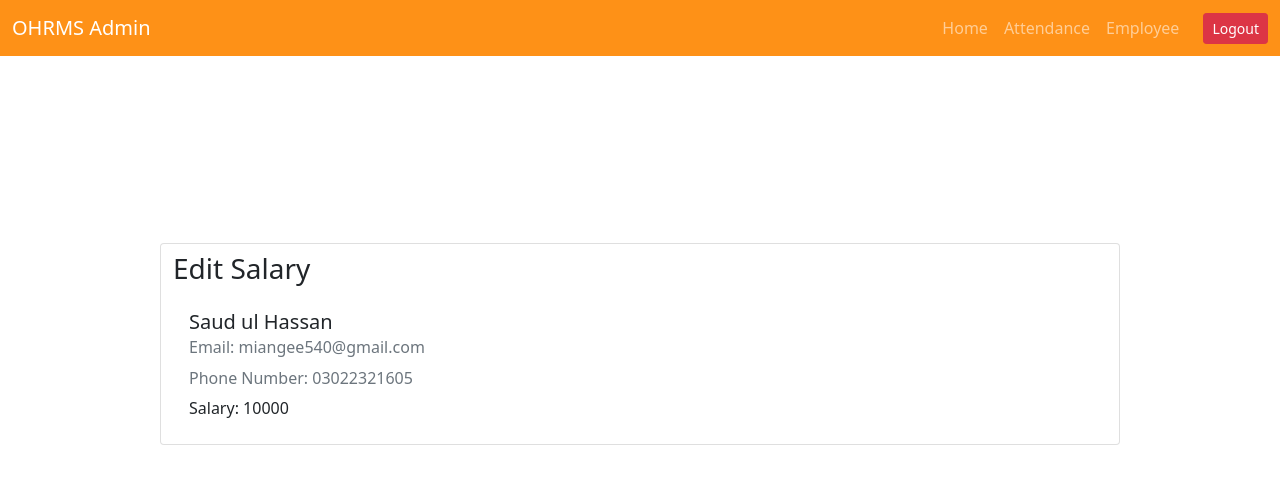
Repository: SaudCh/PHP-OHRMS
Page: http://localhost/admin/edit-salary?id=49
These files come from the project's save history. The page is drawn as it stood at one moment and after the next save; the edit follows.
The browser window is 1280 px wide. The pictures show the whole page.
Some web libraries are served in a nearby version. The page is run by PHP 8.4 with error messages shown; the project is at /var/www/html/. The session is filled in as if someone had signed in: {"admin": "admin@ohrm.com"}. The database holds what the project's SQL file puts in it. Queries for data that is not in the repository find no rows.

Above is the page before, as saved 2022-06-05 22:28:50.

After the next save:
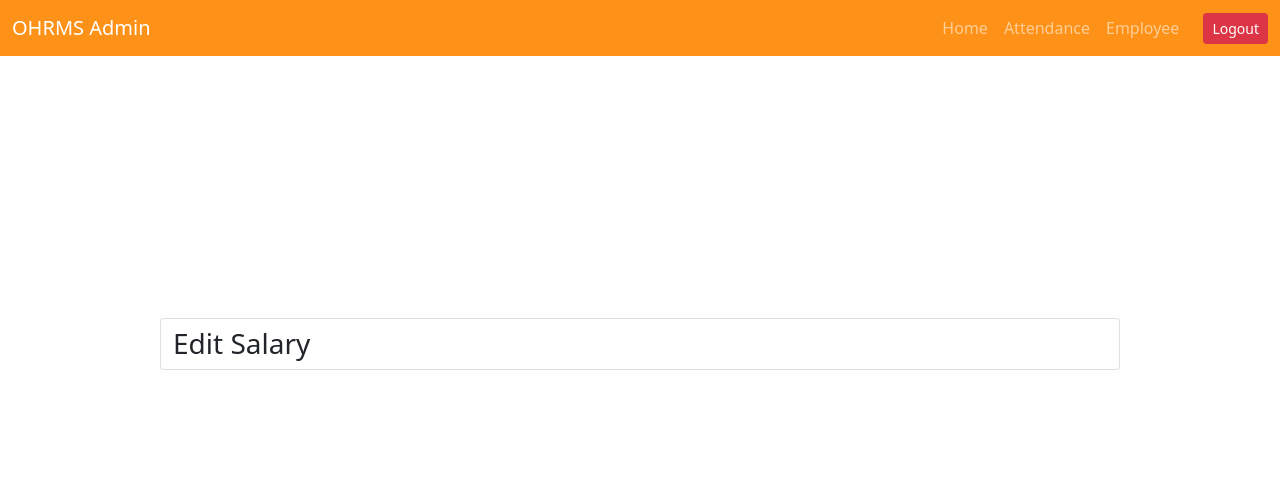
Saved 50 s later.
--- a/admin/edit-salary.php
+++ b/admin/edit-salary.php
@@ -22,7 +22,7 @@
                 </div>
                 <?php
                 $id = $_GET['id'];
-                $sql = "select * from employee where empId = '$id'";
+                $sql = "select * from attendance where empId = '$id'";
                 $results = mysqli_query($con, $sql);
                 $rescheck = mysqli_num_rows($results);
                 if ($rescheck > 0) {
